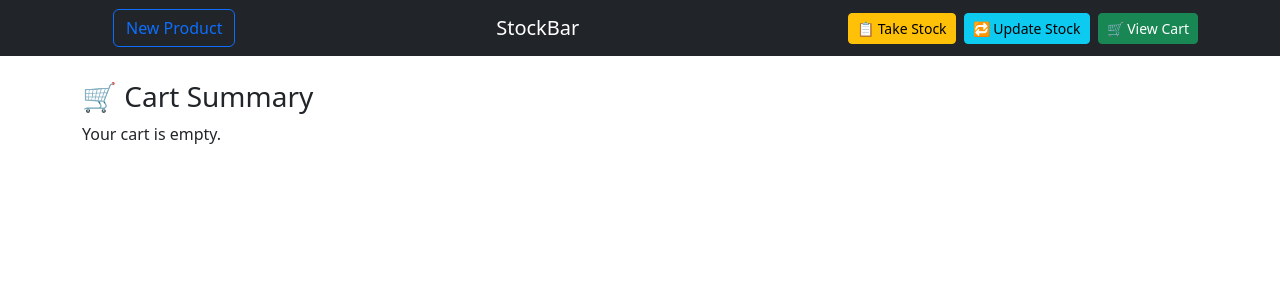
Repository: profbkmurage/soms
Page: /cart
The author's editor kept a copy of each file at every save. The page is drawn from the files as they stood at one save, then again after the next save.
The browser window is 1280 px wide. The pictures show the whole page.
The project was rebuilt for these pictures with package versions that can differ from the ones it lists, and the page was loaded fresh each time. Also part of the build but not shown: vite.config.js, src/services/uploadImage.js, src/firebase/config.js, src/components/Product.jsx, src/components/AddStockModal.jsx, src/components/ProductCard.jsx, src/components/ProductList.jsx.

Above is the page before, as saved 2025-07-18 19:53:07.

After the next save:
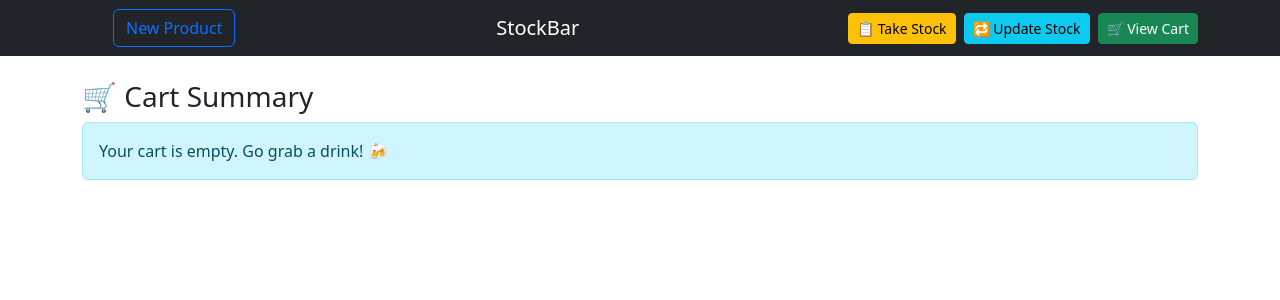
Saved 3 min 32 s later.
--- a/src/components/Cart.jsx
+++ b/src/components/Cart.jsx
@@ -4,42 +4,46 @@ import { useCart } from '../context/CartContext'
 const Cart = () => {
   const { cartItems, removeFromCart, clearCart } = useCart()
 
+  // Ensure all items are valid and calculate total
   const total = cartItems.reduce((sum, item) => {
-    if (!item || typeof item.price !== 'number' || typeof item.qty !== 'number')
-      return sum
-    return sum + item.price * item.qty
+    const price = item?.price || 0
+    const qty = item?.qty || 0
+    return sum + price * qty
   }, 0)
 
   return (
     <div className='container mt-4'>
       <h3>🛒 Cart Summary</h3>
+
       {cartItems.length === 0 ? (
-        <p>Your cart is empty.</p>
+        <div className='alert alert-info'>
+          Your cart is empty. Go grab a drink! 🍻
+        </div>
       ) : (
         <>
-          <table className='table table-striped'>
-            <thead>
+          <table className='table table-bordered table-hover mt-3'>
+            <thead className='table-dark'>
               <tr>
-                <th>Product</th>
-                <th>Qty</th>
-                <th>Unit Price</th>
-                <th>Subtotal</th>
-                <th></th>
+                <th>🍺 Product</th>
+                <th>🔢 Quantity</th>
+                <th>💵 Unit Price</th>
+                <th>💰 Subtotal</th>
+                <th>🗑️</th>
               </tr>
             </thead>
             <tbody>
               {cartItems.map((item, index) => (
                 <tr key={index}>
-                  <td>{item.product.productName}</td>
+                  <td>{item.productName}</td>
                   <td>{item.qty}</td>
-                  <td>KES {item.product.price}</td>
-                  <td>KES {item.product.price * item.qty}</td>
+                  <td>KES {Number(item.price).toFixed(2)}</td>
+                  <td>KES {(item.price * item.qty).toFixed(2)}</td>
                   <td>
                     <button
-                      className='btn btn-sm btn-danger'
-                      onClick={() => removeFromCart(item.product.id)}
+                      className='btn btn-sm btn-outline-danger'
+                      onClick={() => removeFromCart(item.id)}
                     >
-                      Remove
+                      ❌
                     </button>
                   </td>
                 </tr>
@@ -47,17 +51,19 @@ const Cart = () => {
             </tbody>
           </table>
 
-          <h5>Total: KES {total.toFixed(2)}</h5>
+          <div className='text-end mt-3'>
+            <h4 className='fw-bold'>Total: KES {total.toFixed(2)}</h4>
+          </div>
 
-          <div className='d-flex gap-2 mt-3'>
-            <button className='btn btn-warning' onClick={clearCart}>
-              Clear Cart
+          <div className='d-flex justify-content-end gap-3 mt-4'>
+            <button className='btn btn-outline-warning' onClick={clearCart}>
+              🧹 Clear Cart
             </button>
             <button
               className='btn btn-success'
-              onClick={() => alert('Ready for receipt')}
+              onClick={() => alert('Generating Receipt...')}
             >
-              Generate Receipt
+              🧾 Generate Receipt
             </button>
           </div>
         </>
